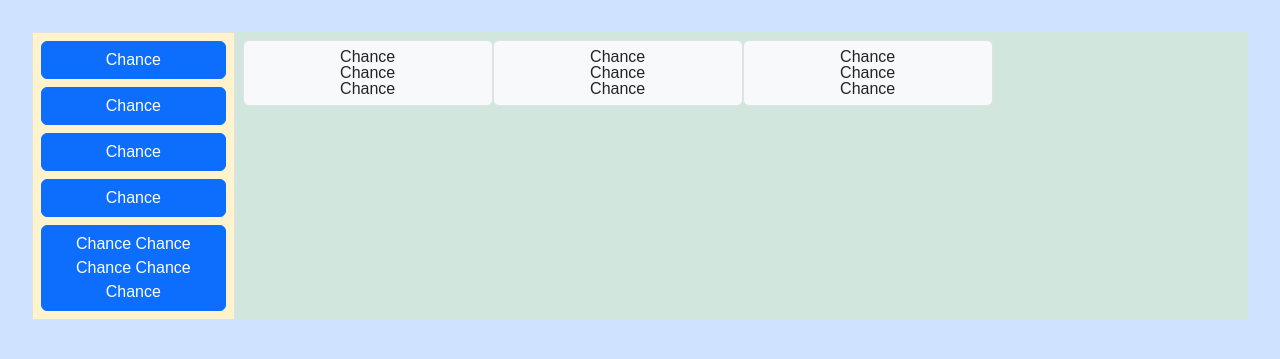
Repository: chancellor-w-whitaker/bec-tab
Page: /
The author's editor kept a copy of each file at every save. The page is drawn from the files as they stood at one save, then again after the next save.
The browser window is 1280 px wide. The pictures show the whole page.
Some web fonts or font styles are not loaded; a fallback is used. The project was rebuilt for these pictures with package versions that can differ from the ones it lists, and the page was loaded fresh each time. Also part of the build but not shown: vite.config.js.

Above is the page before, as saved 2024-01-07 00:40:47.

### src/main.jsx
// Bootstrap Bundle JS
import "bootstrap/dist/js/bootstrap.bundle.min";
// Bootstrap CSS
import "bootstrap/dist/css/bootstrap.min.css";
import ReactDOM from "react-dom/client";
import React from "react";

import App from "./App.jsx";
import "./index.css";

ReactDOM.createRoot(document.getElementById("root")).render(
  <React.StrictMode>
    <App />
  </React.StrictMode>
);

### src/App.jsx
import { useEffect } from "react";

import "./App.css";

const useBodyBgVariant = (bgVariant = "body-tertiary") => {
  useEffect(() => {
    document.body.classList.add(`bg-${bgVariant}`);

    return () => {
      document.body.classList.remove(`bg-${bgVariant}`);
    };
  }, [bgVariant]);
};

const Button = ({ children }) => {
  return (
    <>
      <button className="btn btn-primary" type="button">
        {children}
      </button>
    </>
  );
};

const Card = () => {
  return (
    <>
      <div
        className="p-2 rounded border text-center bg-body-tertiary lh-1"
        style={{ width: 250 }}
      >
        <div>Chance</div>
        <div>Chance</div>
        <div>Chance</div>
      </div>
    </>
  );
};

const App = () => {
  useBodyBgVariant("primary-subtle");

  return (
    <div className="container-fluid">
      <div className="row">
        <div className="sidebar border border-right col-md-3 col-lg-2 p-0 bg-warning-subtle">
          <div className="d-flex flex-column gap-2 p-2">
            <Button>Chance</Button>
            <Button>Chance</Button>
            <Button>Chance</Button>
            <Button>Chance</Button>
            <Button>Chance Chance Chance Chance Chance</Button>
          </div>
        </div>
        <div className="col-md-9 ms-sm-auto col-lg-10 p-0 bg-success-subtle">
          <div className="d-flex flex-row flex-wrap row-gap-4 p-2">
            <Card></Card>
            <Card></Card>
            <Card></Card>
          </div>
        </div>
      </div>
    </div>
  );
};

export default App;

### src/index.css
@font-face {
  font-family: poppins;
  font-style: normal;
  font-weight: 400;
  src: local("Poppins"),
    url(https://fonts.cdnfonts.com/s/16009/Poppins-Regular.woff) format("woff");
}
@font-face {
  font-family: poppins;
  font-style: normal;
  font-weight: 400;
  src: local("Poppins"),
    url(https://fonts.cdnfonts.com/s/16009/Poppins-Regular.woff) format("woff");
}
@font-face {
  font-family: poppins;
  font-style: italic;
  font-weight: 400;
  src: local("Poppins"),
    url(https://fonts.cdnfonts.com/s/16009/Poppins-Italic.woff) format("woff");
}
@font-face {
  font-family: poppins;
  font-style: italic;
  font-weight: 400;
  src: local("Poppins"),
    url(https://fonts.cdnfonts.com/s/16009/Poppins-Italic.woff) format("woff");
}
@font-face {
  font-family: poppins;
  font-style: normal;
  font-weight: 250;
  src: local("Poppins"),
    url(https://fonts.cdnfonts.com/s/16009/Poppins-Thin.woff) format("woff");
}
@font-face {
  font-family: poppins;
  font-style: normal;
  font-weight: 250;
  src: local("Poppins"),
    url(https://fonts.cdnfonts.com/s/16009/Poppins-Thin.woff) format("woff");
}
@font-face {
  font-family: poppins;
  font-style: italic;
  font-weight: 250;
  src: local("Poppins"),
    url(https://fonts.cdnfonts.com/s/16009/Poppins-ThinItalic.woff)
      format("woff");
}
@font-face {
  font-family: poppins;
  font-style: italic;
  font-weight: 250;
  src: local("Poppins"),
    url(https://fonts.cdnfonts.com/s/16009/Poppins-ThinItalic.woff)
      format("woff");
}
@font-face {
  font-family: poppins;
  font-style: normal;
  font-weight: 275;
  src: local("Poppins"),
    url(https://fonts.cdnfonts.com/s/16009/Poppins-ExtraLight.woff)
      format("woff");
}
@font-face {
  font-family: poppins;
  font-style: normal;
  font-weight: 275;
  src: local("Poppins"),
    url(https://fonts.cdnfonts.com/s/16009/Poppins-ExtraLight.woff)
      format("woff");
}
@font-face {
  font-family: poppins;
  font-style: italic;
  font-weight: 275;
  src: local("Poppins"),
    url(https://fonts.cdnfonts.com/s/16009/Poppins-ExtraLightItalic.woff)
      format("woff");
}
@font-face {
  font-family: poppins;
  font-style: italic;
  font-weight: 275;
  src: local("Poppins"),
    url(https://fonts.cdnfonts.com/s/16009/Poppins-ExtraLightItalic.woff)
      format("woff");
}
@font-face {
  font-family: poppins;
  font-style: normal;
  font-weight: 300;
  src: local("Poppins"),
    url(https://fonts.cdnfonts.com/s/16009/Poppins-Light.woff) format("woff");
}
@font-face {
  font-family: poppins;
  font-style: normal;
  font-weight: 300;
  src: local("Poppins"),
    url(https://fonts.cdnfonts.com/s/16009/Poppins-Light.woff) format("woff");
}
@font-face {
  font-family: poppins;
  font-style: italic;
  font-weight: 300;
  src: local("Poppins"),
    url(https://fonts.cdnfonts.com/s/16009/Poppins-LightItalic.woff)
      format("woff");
}
@font-face {
  font-family: poppins;
  font-style: italic;
  font-weight: 300;
  src: local("Poppins"),
    url(https://fonts.cdnfonts.com/s/16009/Poppins-LightItalic.woff)
      format("woff");
}
@font-face {
  font-family: poppins;
  font-style: normal;
  font-weight: 500;
  src: local("Poppins"),
    url(https://fonts.cdnfonts.com/s/16009/Poppins-Medium.woff) format("woff");
}
@font-face {
  font-family: poppins;
  font-style: normal;
  font-weight: 500;
  src: local("Poppins"),
    url(https://fonts.cdnfonts.com/s/16009/Poppins-Medium.woff) format("woff");
}
@font-face {
  font-family: poppins;
  font-style: italic;
  font-weight: 500;
  src: local("Poppins"),
    url(https://fonts.cdnfonts.com/s/16009/Poppins-MediumItalic.woff)
      format("woff");
}
@font-face {
  font-family: poppins;
  font-style: italic;
  font-weight: 500;
  src: local("Poppins"),
    url(https://fonts.cdnfonts.com/s/16009/Poppins-MediumItalic.woff)
      format("woff");
}
@font-face {
  font-family: poppins;
  font-style: normal;
  font-weight: 600;
  src: local("Poppins"),
    url(https://fonts.cdnfonts.com/s/16009/Poppins-SemiBold.woff) format("woff");
}
@font-face {
  font-family: poppins;
  font-style: normal;
  font-weight: 600;
  src: local("Poppins"),
    url(https://fonts.cdnfonts.com/s/16009/Poppins-SemiBold.woff) format("woff");
}
@font-face {
  font-family: poppins;
  font-style: italic;
  font-weight: 600;
  src: local("Poppins"),
    url(https://fonts.cdnfonts.com/s/16009/Poppins-SemiBoldItalic.woff)
      format("woff");
}
@font-face {
  font-family: poppins;
  font-style: italic;
  font-weight: 600;
  src: local("Poppins"),
    url(https://fonts.cdnfonts.com/s/16009/Poppins-SemiBoldItalic.woff)
      format("woff");
}
@font-face {
  font-family: poppins;
  font-style: normal;
  font-weight: 700;
  src: local("Poppins"),
    url(https://fonts.cdnfonts.com/s/16009/Poppins-Bold.woff) format("woff");
}
@font-face {
  font-family: poppins;
  font-style: normal;
  font-weight: 700;
  src: local("Poppins"),
    url(https://fonts.cdnfonts.com/s/16009/Poppins-Bold.woff) format("woff");
}
@font-face {
  font-family: poppins;
  font-style: italic;
  font-weight: 700;
  src: local("Poppins"),
    url(https://fonts.cdnfonts.com/s/16009/Poppins-BoldItalic.woff)
      format("woff");
}
@font-face {
  font-family: poppins;
  font-style: italic;
  font-weight: 700;
  src: local("Poppins"),
    url(https://fonts.cdnfonts.com/s/16009/Poppins-BoldItalic.woff)
      format("woff");
}
@font-face {
  font-family: poppins;
  font-style: normal;
  font-weight: 800;
  src: local("Poppins"),
    url(https://fonts.cdnfonts.com/s/16009/Poppins-ExtraBold.woff)
      format("woff");
}
@font-face {
  font-family: poppins;
  font-style: normal;
  font-weight: 800;
  src: local("Poppins"),
    url(https://fonts.cdnfonts.com/s/16009/Poppins-ExtraBold.woff)
      format("woff");
}
@font-face {
  font-family: poppins;
  font-style: italic;
  font-weight: 800;
  src: local("Poppins"),
    url(https://fonts.cdnfonts.com/s/16009/Poppins-ExtraBoldItalic.woff)
      format("woff");
}
@font-face {
  font-family: poppins;
  font-style: italic;
  font-weight: 800;
  src: local("Poppins"),
    url(https://fonts.cdnfonts.com/s/16009/Poppins-ExtraBoldItalic.woff)
      format("woff");
}
@font-face {
  font-family: poppins;
  font-style: normal;
  font-weight: 900;
  src: local("Poppins"),
    url(https://fonts.cdnfonts.com/s/16009/Poppins-Black.woff) format("woff");
}
@font-face {
  font-family: poppins;
  font-style: normal;
  font-weight: 900;
  src: local("Poppins"),
    url(https://fonts.cdnfonts.com/s/16009/Poppins-Black.woff) format("woff");
}
@font-face {
  font-family: poppins;
  font-style: italic;
  font-weight: 900;
  src: local("Poppins"),
    url(https://fonts.cdnfonts.com/s/16009/Poppins-BlackItalic.woff)
      format("woff");
}
@font-face {
  font-family: poppins;
  font-style: italic;
  font-weight: 900;
  src: local("Poppins"),
    url(https://fonts.cdnfonts.com/s/16009/Poppins-BlackItalic.woff)
      format("woff");
}

:root,
[data-bs-theme="light"] {
  --bs-font-sans-serif: "Poppins", sans-serif;

  --bs-box-shadow: 0px 3px 3px -2px rgba(0, 0, 0, 0.2),
    0px 3px 4px 0px rgba(0, 0, 0, 0.14), 0px 1px 8px 0px rgba(0, 0, 0, 0.12);
  --bs-box-shadow-sm: 0px 3px 1px -2px rgba(0, 0, 0, 0.2),
    0px 2px 2px 0px rgba(0, 0, 0, 0.14), 0px 1px 5px 0px rgba(0, 0, 0, 0.12);
  --bs-box-shadow-lg: 0px 2px 4px -1px rgba(0, 0, 0, 0.2),
    0px 4px 5px 0px rgba(0, 0, 0, 0.14), 0px 1px 10px 0px rgba(0, 0, 0, 0.12);
}

Loaded but not shown: index.html (common file); src/App.css (common file)

After the next save:
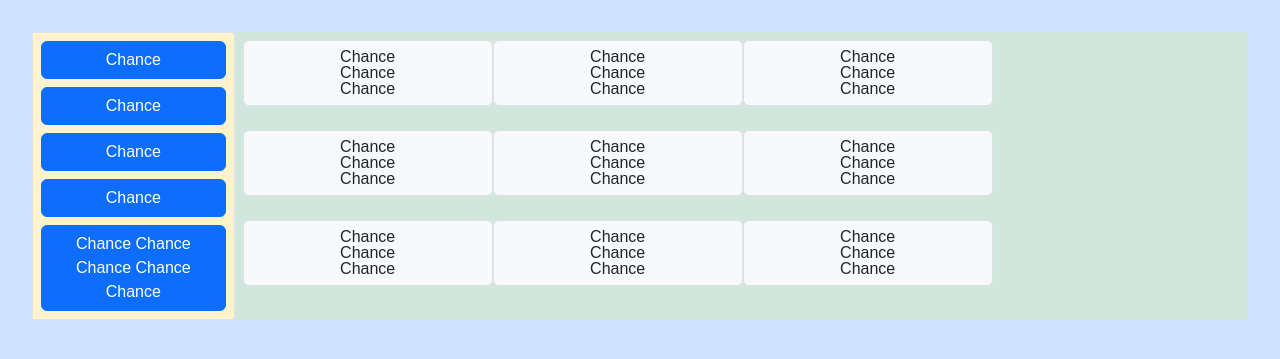
Saved 5 s later.
--- a/src/App.jsx
+++ b/src/App.jsx
@@ -57,6 +57,12 @@ const App = () => {
             <Card></Card>
             <Card></Card>
             <Card></Card>
+            <Card></Card>
+            <Card></Card>
+            <Card></Card>
+            <Card></Card>
+            <Card></Card>
+            <Card></Card>
           </div>
         </div>
       </div>
